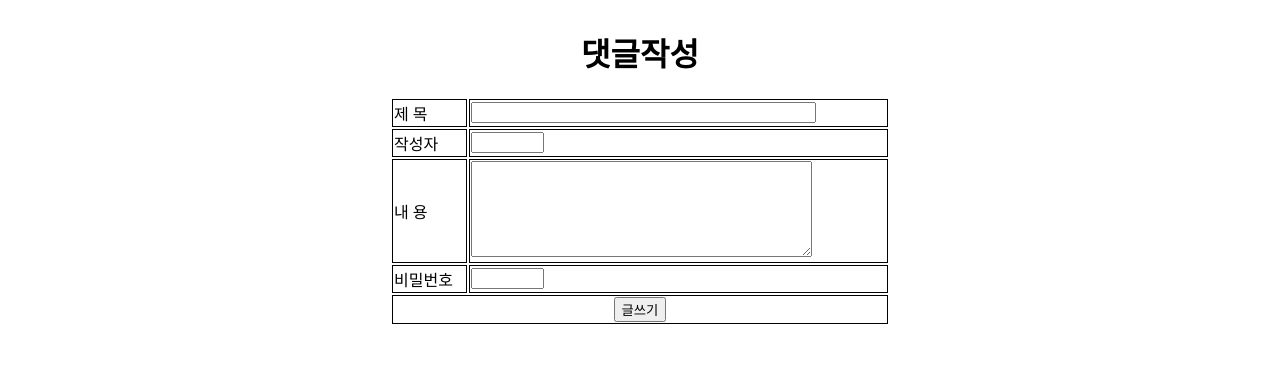
Repository: shbaksa/study
Page: http://localhost/mw_0620/qna/rewrite.jsp
These files come from the project's save history. The page is drawn as it stood at one moment and after the next save; the edit follows.
The browser window is 1280 px wide. The pictures show the whole page.
The page is served by Tomcat 9.

Above is the page before, as saved 2022-06-20 03:35:24.

After the next save:
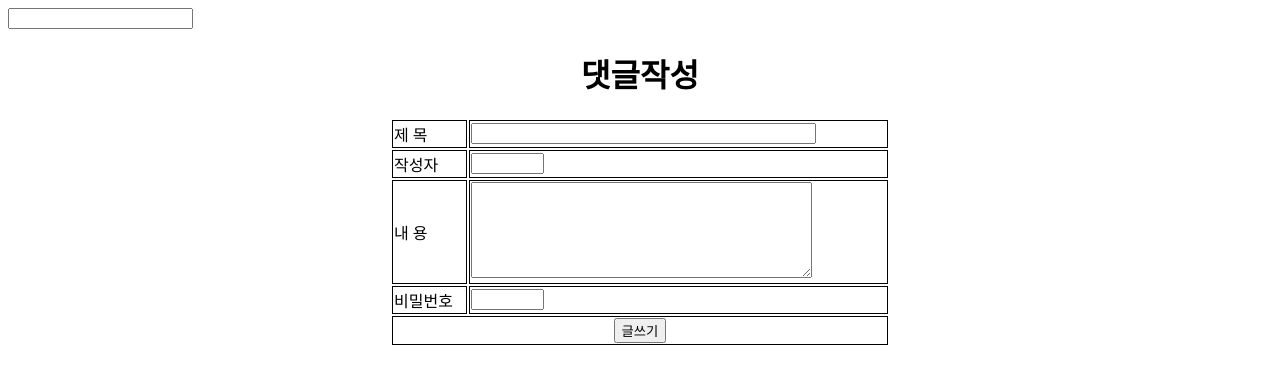
Saved 82 s later.
--- a/mw_0620/src/main/webapp/qna/rewrite.jsp
+++ b/mw_0620/src/main/webapp/qna/rewrite.jsp
@@ -19,7 +19,7 @@
 
 
 	<form method="post" action="rewrite_ok.jsp">
-	<input type="hidden" name="grp">
+	<input type="text" name="grp">
 	<input type="hidden" name="depth">
 	<input type="hidden" name="seq">
 	<table width="500" align="center">

After the save that followed:
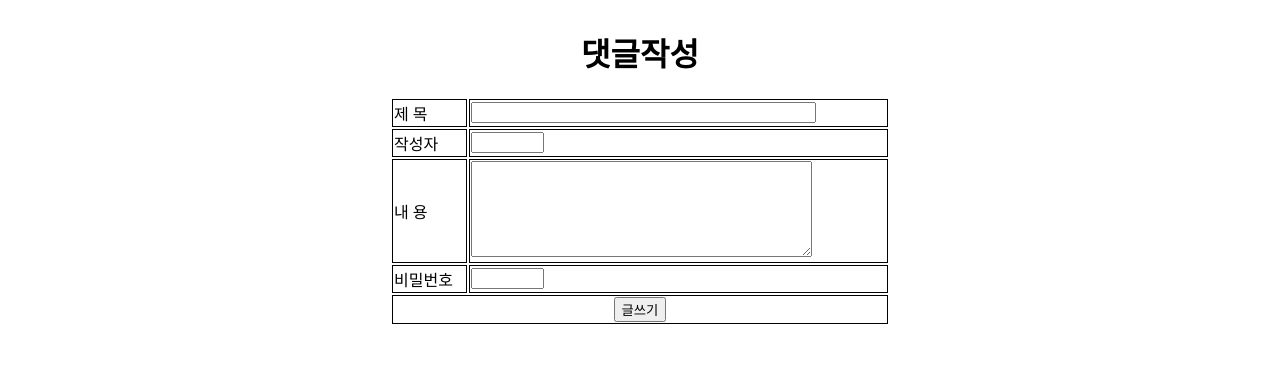
Saved 18 s later.
--- a/mw_0620/src/main/webapp/qna/rewrite.jsp
+++ b/mw_0620/src/main/webapp/qna/rewrite.jsp
@@ -19,7 +19,7 @@
 
 
 	<form method="post" action="rewrite_ok.jsp">
-	<input type="text" name="grp">
+	<input type="hidden" name="grp">
 	<input type="hidden" name="depth">
 	<input type="hidden" name="seq">
 	<table width="500" align="center">
